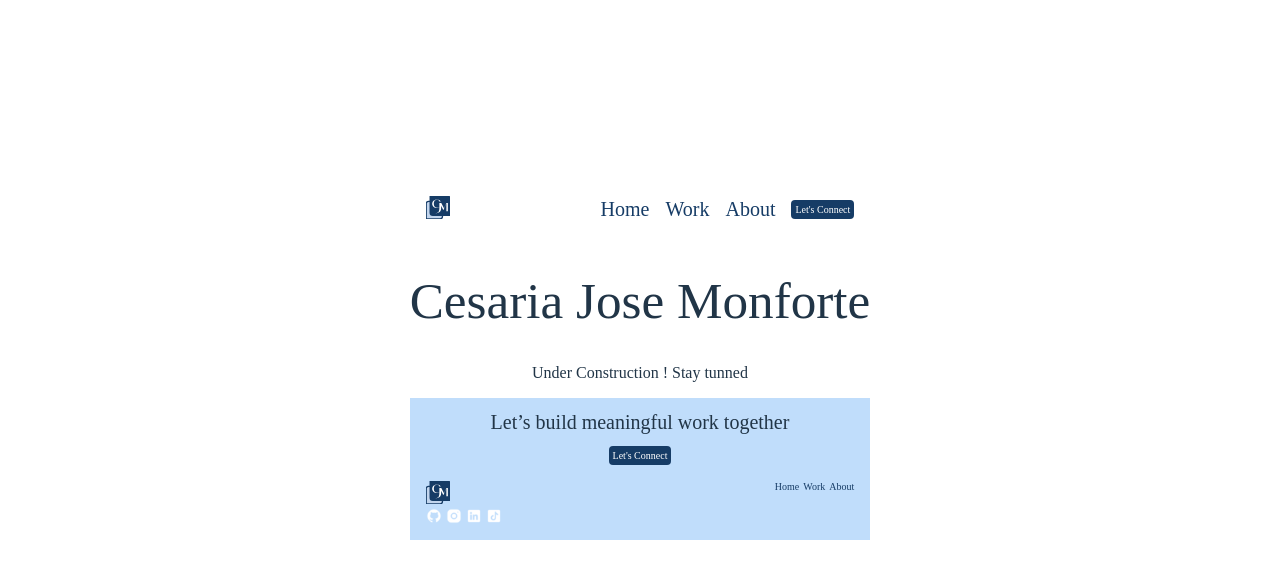
Repository: CesariaMonforte/cesariamonforte
Page: /
These files come from the project's save history. The page is drawn as it stood at one moment and after the next save; the edit follows.
The browser window is 1280 px wide. The pictures show the whole page.
The project was rebuilt for these pictures with package versions that can differ from the ones it lists, and the page was loaded fresh each time. Also part of the build but not shown: vite.config.js.

Above is the page before, as saved 2026-01-25 14:27:30.

After the next save:
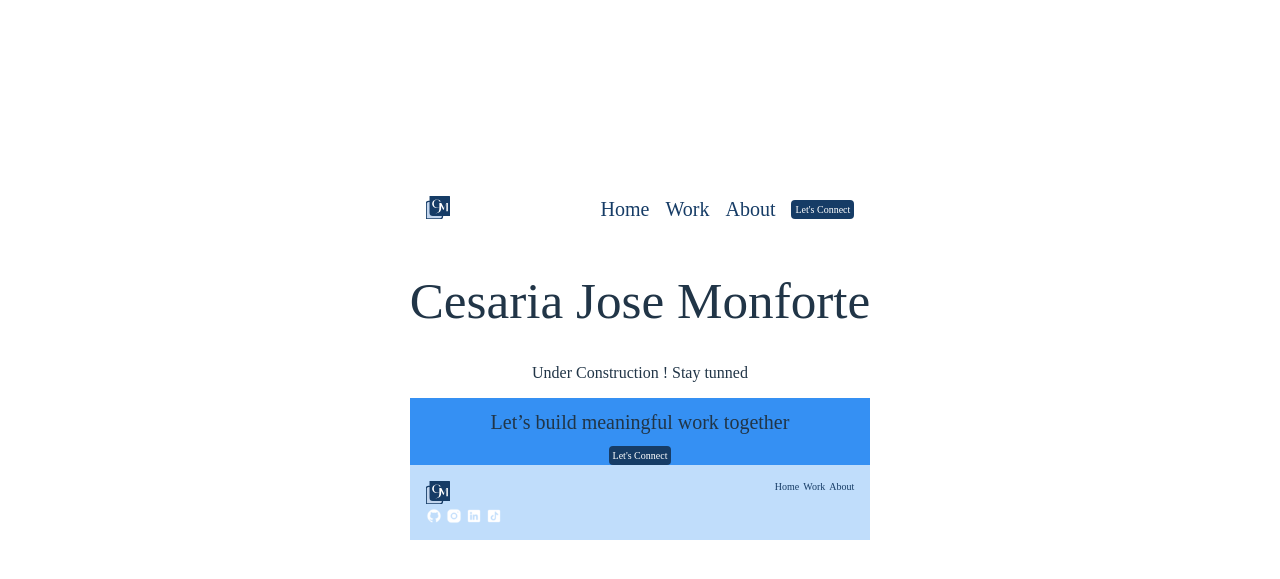
Saved 10 s later.
--- a/src/_ui/ConnectBanner/ConnectBanner.module.css
+++ b/src/_ui/ConnectBanner/ConnectBanner.module.css
@@ -2,7 +2,7 @@
     display: flex;
     flex-direction: column;
     align-items: center;
-    background-color: var(--primary-100);
+    background-color: var(--primary-500);
 }
 
 .banner_text {
